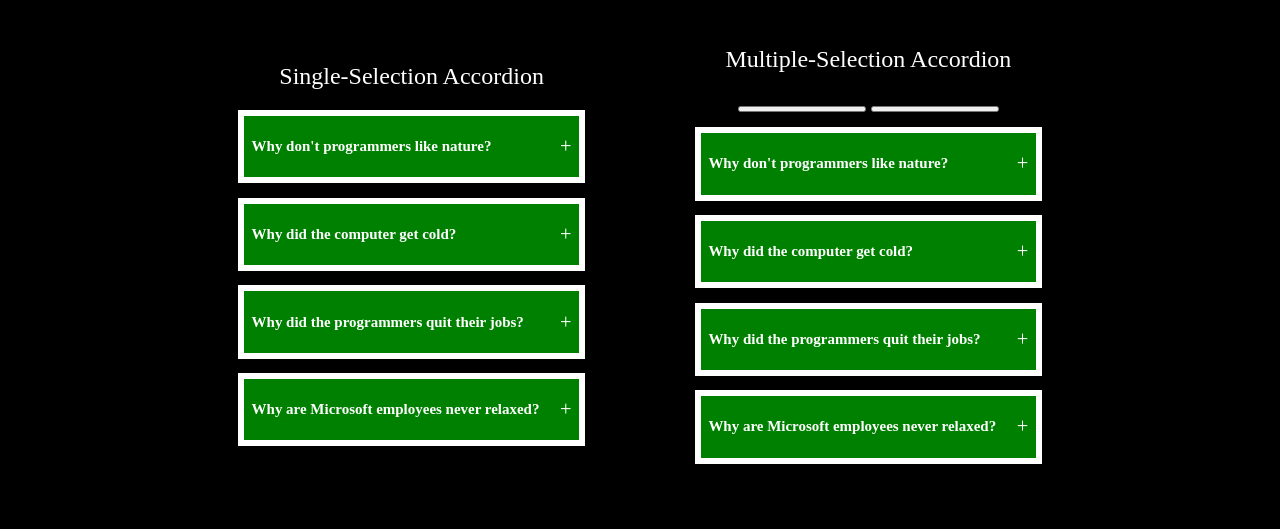
Repository: kosenijr/react-projects
Page: / (app in accordion/)
These files come from the project's save history. The page is drawn as it stood at one moment and after the next save; the edit follows.
The browser window is 1280 px wide. The pictures show the whole page.
The project was rebuilt for these pictures with package versions that can differ from the ones it lists, and the page was loaded fresh each time.

Above is the page before, as saved 2024-03-03 13:05:15.

### accordion/src/App.js
import React from "react";
import "./App.css";
import SingleSelection from "./components/SingleSelection";
import MultiSelection from "./components/MultiSelection";

function App() {
  return (
    <div className="App">
      <SingleSelection />
      <MultiSelection />
    </div>
  );
}

export default App;

### accordion/src/App.css
.App {
  height: 100vh;
  width: 100vw;
  justify-content: space-evenly;
  text-align: center;
  display: flex;
  background-color: black;
  color: white;
  padding: 0 auto;
}

### accordion/src/components/SingleSelection.js
import React, { useState } from "react";
import "../styles/SingleSelection.css";
import data from "../data";

function SingleSelection() {
  // setting up useState.
  const [selected, setSelected] = useState(null);
  // setting up handling
  const handleSingleSelection = (getCurrentId) => {
    console.log(selected, getCurrentId);
    // setSelected(getCurrentId === selected ? null : getCurrentId); // keep add condition for closure
    setSelected(selected !== getCurrentId ? getCurrentId : null);
  };

  return (
    <div className="single-selection-wrapper">
      {/* Single-Selection Accordion */}
      <div className="single-selection-accordion">
        <h2 className="single-selection-description">Single-Selection Accordion</h2>
        {data && data.length > 0 ? (
          data.map((dataItem) => (
            <div className="single-selection-item" key={dataItem.id} onClick={() => handleSingleSelection(dataItem.id)}>
              {/* always remember to add key */}
              <div className="single-selection-title">
                <h3>{dataItem.question}</h3>
                <span className="single-selection-span">{selected === dataItem.id ? "-" : "+"}</span>
              </div>
              {selected === dataItem.id ? (
                <div className="single-selection-content ">{dataItem.answer}</div>
              ) : null}
            </div>
          ))
        ) : (
          <div>No data found!</div>
        )}
      </div>
    </div>
  );
}

export default SingleSelection;

### accordion/src/components/MultiSelection.js
import React, { useState } from "react";
import "../styles/MultiSelection.css";
import data from "../data";

function MultiSelection() {
  // setting up useState.
  const [selected, setSelected] = useState(null);
  // setting up handling
  const handleMultiSelection = (getCurrentId) => {
    console.log(selected, getCurrentId);
    // setSelected(getCurrentId === selected ? null : getCurrentId); // keep add condition for closure
    setSelected(selected !== getCurrentId ? getCurrentId : null);
  };

  return (
    <div className="multi-selection-wrapper">
      {/* Multi-Selection Accordion */}
      <div className="multi-selection-accordion">
        <h2 className="multi-selection-description">Multiple-Selection Accordion</h2>
        <button className="open-all"></button> <button className="close-all"></button>
        {data && data.length > 0 ? (
          data.map((dataItem) => (
            <div className="multi-selection-item" key={dataItem.id} onClick={() => handleMultiSelection(dataItem.id)}>
              {/* always remember to add key */}
              <div className="multi-selection-title">
                <h3>{dataItem.question}</h3>
                <span className="multi-selection-span">{selected === dataItem.id ? "-" : "+"}</span>
              </div>
              {selected === dataItem.id ? (
                <div className="multi-selection-content ">{dataItem.answer}</div>
              ) : null}
            </div>
          ))
        ) : (
          <div>No data found!</div>
        )}
      </div>
    </div>
  );
}

export default MultiSelection;

### accordion/src/styles/SingleSelection.css
.single-selection-wrapper {
  display: flex;
  align-items: center;
  height: 70vh;
  margin-left: 10vw;
  /* width: 50vw; */
}

.single-selection-description {
  font-family: "Raleway";
  font-weight: 500;
}

.single-selection-item {
  background-color: green;
  color: white;
  font-size: 0.8em;
  font-family: "Raleway", "Times New Roman";
  margin: 2vh 0;
  padding: 1vh;
  width: 25vw;
  border: 0.5em solid white;
  cursor: pointer;
}

.single-selection-title {
  display: flex;
  justify-content: space-between;
  align-items: center;
}

.single-selection-span {
  font-size: 1.6em;;
}

.single-selection-content {
  display: flex;
  justify-content: space-between;
  color: burlywood;
  align-items: left;
  font-size: 1.2em;
  font-family:  "Raleway", "Times New Roman";
  font-weight: 600;

}

### accordion/src/data.js
const data = [
  {
    id: 1,
    question: "Why don't programmers like nature?",
    answer: "It has too many bugs!",
  },

  {
    id: 2,
    question: "Why did the computer get cold?",
    answer: "It left its Windows open.",
  },

  {
    id: 3,
    question: "Why did the programmers quit their jobs?",
    answer: "Because they didn't get arrays!",
  },

  {
    id: 4,
    question: "Why are Microsoft employees never relaxed?",
    answer: "Because they're always on Edge.",
  },
];

export default data;

### accordion/src/styles/MultiSelection.css
.multi-selection-wrapper {
  display: flex;
  align-items: center;
  height: 70vh;
  margin-right: 10vw;
}

.multi-selection-description {
  font-family: "Raleway";
  font-weight: 500;
}

.open-all, .close-all {
    width: 10vw;
}

.multi-selection-item {
  background-color: green;
  color: white;
  font-size: 0.8em;
  font-family: "Raleway", "Times New Roman";
  margin: 2vh 0;
  padding: 1vh;
  width: 25vw;
  border: 0.5em solid white;
  cursor: pointer;
}

.multi-selection-title {
  display: flex;
  justify-content: space-between;
  align-items: center;
}

.multi-selection-span {
  font-size: 1.6em;
}

.multi-selection-content {
  display: flex;
  justify-content: space-between;
  color: burlywood;
  align-items: left;
  font-size: 1.2em;
  font-family: "Raleway", "Times New Roman";
  font-weight: 600;
}

Loaded but not shown: accordion/public/index.html (common file); accordion/src/index.js (common file); accordion/src/index.css (common file); accordion/src/reportWebVitals.js (common file)

After the next save:
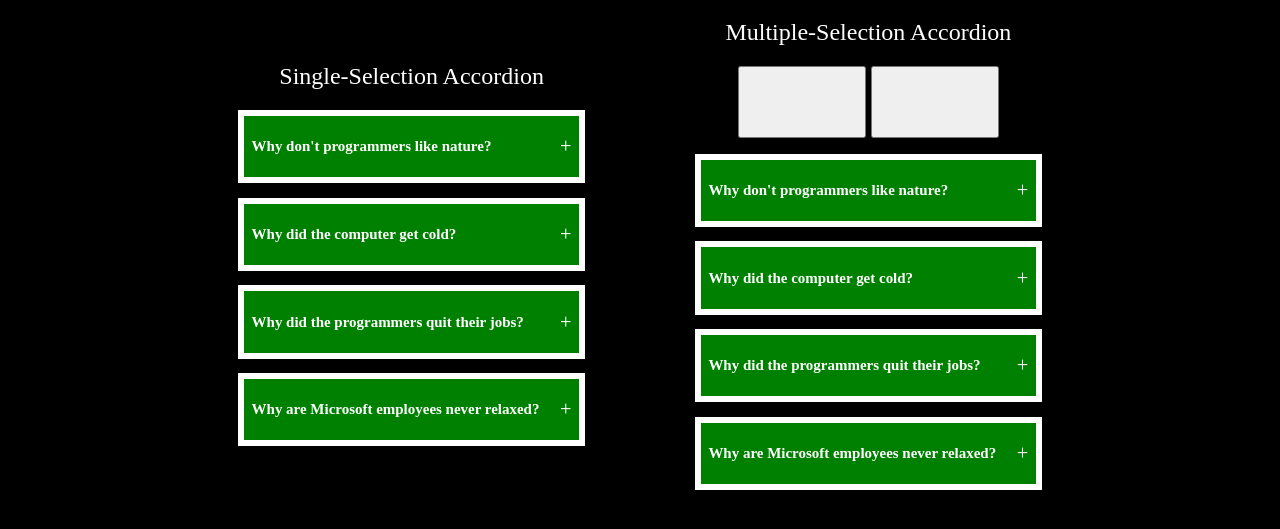
Saved 17 s later.
--- a/accordion/src/styles/MultiSelection.css
+++ b/accordion/src/styles/MultiSelection.css
@@ -11,6 +11,7 @@
 }
 
 .open-all, .close-all {
+    height: 10vh;
     width: 10vw;
 }
 

After the save that followed:
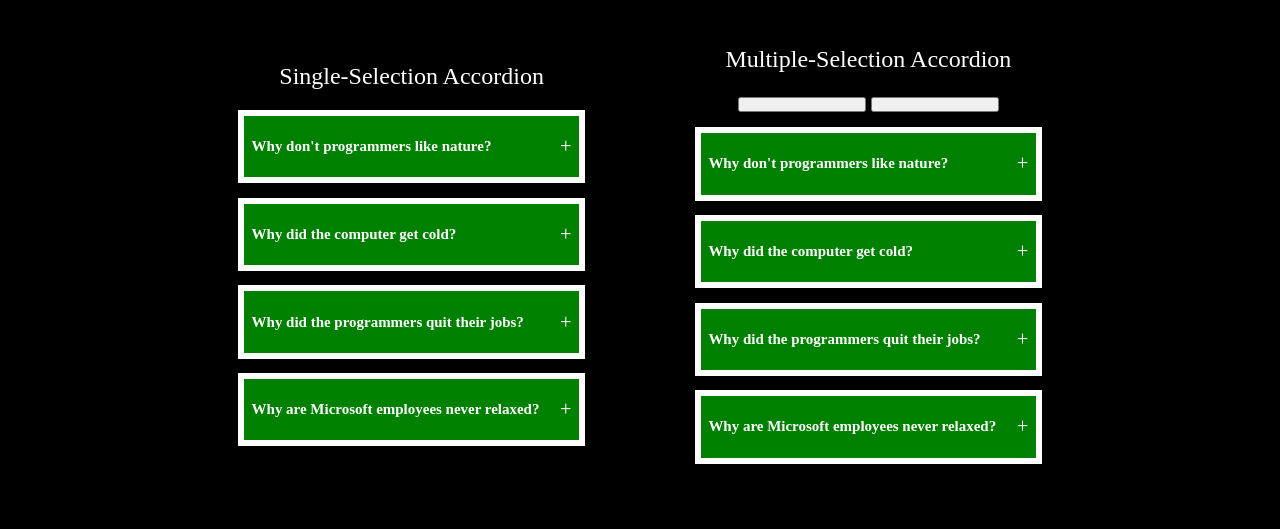
Saved 7 s later.
--- a/accordion/src/styles/MultiSelection.css
+++ b/accordion/src/styles/MultiSelection.css
@@ -11,7 +11,7 @@
 }
 
 .open-all, .close-all {
-    height: 10vh;
+    height:2vh;
     width: 10vw;
 }
 
